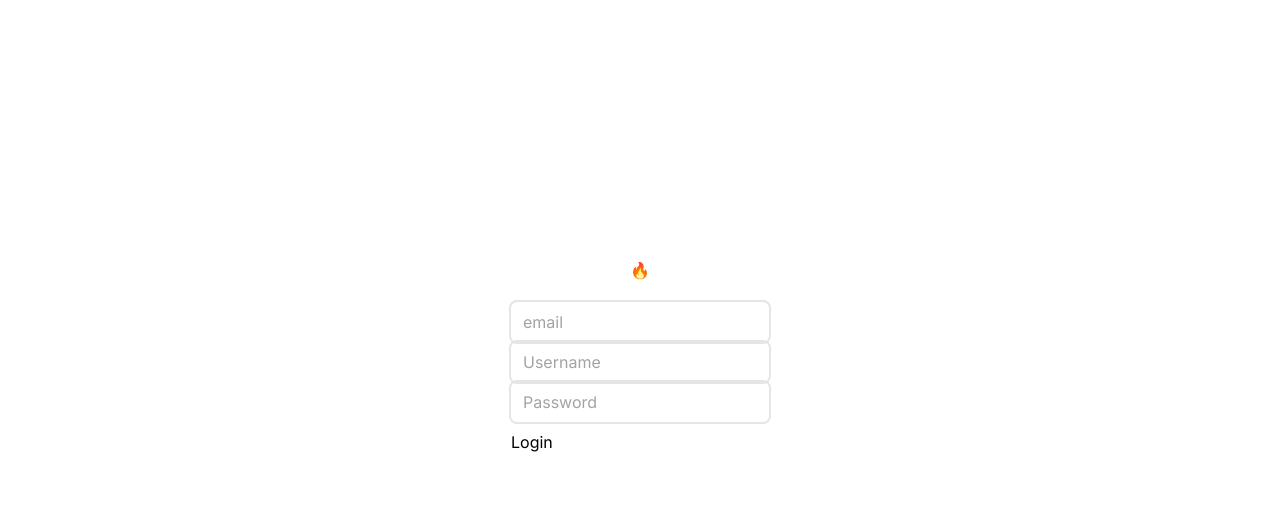
Repository: ParkSeokgyu/tweets
Page: /login
The author's editor kept a copy of each file at every save. The page is drawn from the files as they stood at one save, then again after the next save.
The browser window is 1280 px wide. The pictures show the whole page.
The project was rebuilt for these pictures with package versions that can differ from the ones it lists, and the page was loaded fresh each time. The framework's server and built-in components were replaced by stand-ins that run in the browser. Also part of the build but not shown: next.config.mjs.

Above is the page before, as saved 2024-08-14 11:04:09.

After the next save:
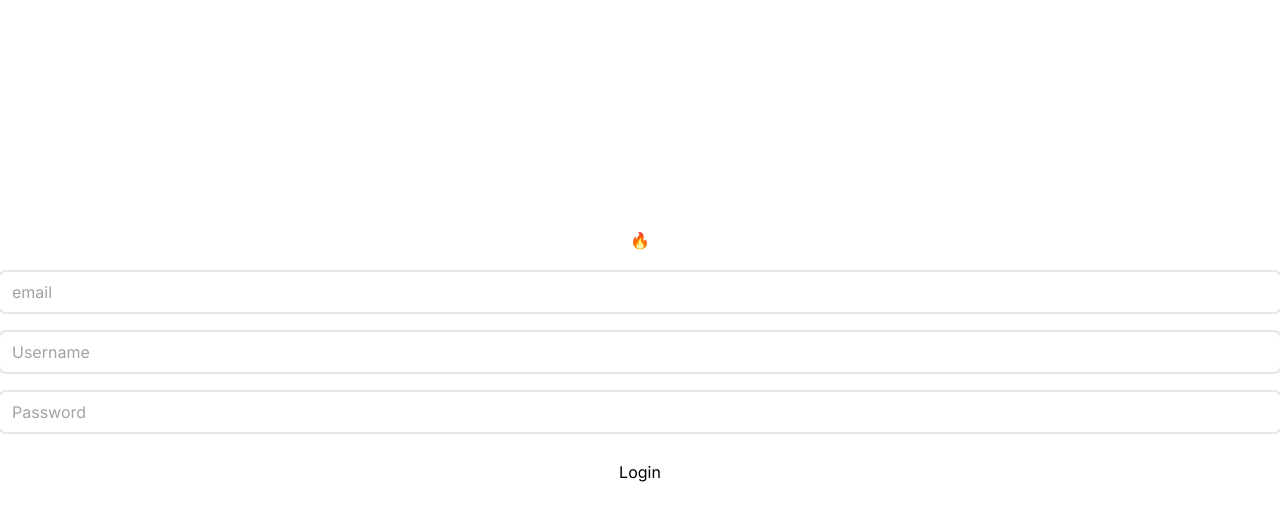
Saved 107 s later.
--- a/app/login/page.tsx
+++ b/app/login/page.tsx
@@ -9,7 +9,7 @@ export default function Login() {
       <div>
         <h1>🔥</h1>
       </div>
-      <form action="">
+      <form action="" className="flex flex-col gap-5 w-full">
         <Input
           name="email"
           type="email"
